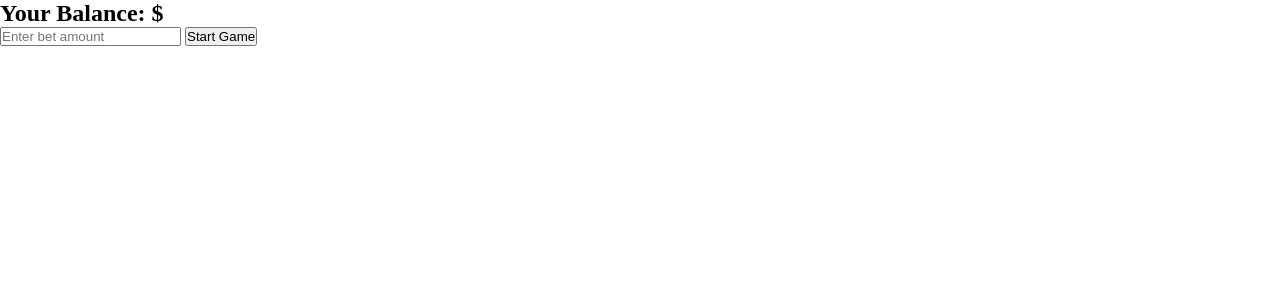
Repository: raghhavv03/javascript-practice
Page: task-5/bet.html
The author's editor kept a copy of each file at every save. The page is drawn from the files as they stood at one save, then again after the next save.
The browser window is 1280 px wide. The pictures show the whole page.

Above is the page before, as saved 2026-02-09 00:41:11.

### task-5/bet.html
<!DOCTYPE html>
<html>
    <head>
        <title>BlackJack</title>
        <link rel="stylesheet" href="./css/style.css">
        <script src="./js/bet.js" defer></script>
    </head>
    <body>
        <h2>Your Balance: $<span id="balance"></span></h2>

        <input type="number" id="bet-input" placeholder="Enter bet amount">
        <button id="start-game-btn">Start Game</button>

        <p id="bet-error-msg"></p>
    </body>
</html>

### task-5/css/style.css
* {
    margin: 0;
    padding: 0;
    box-sizing: border-box;
}

### task-5/js/bet.js
const balance = localStorage.getItem("balance")
document.getElementById("balance").textContent = balance

const startGameBtn = document.getElementById("start-game-btn")
const ErrorMsg = document.getElementById("bet-error-msg")

startGameBtn.addEventListener("click", function() {
    const bet = document.getElementById("bet-input").value

    if (bet <= 0 || bet > balance) {
        ErrorMsg.textContent = "Please enter a valid bet amount"
        return
    }

    localStorage.setItem("bet", bet)
    window.location.href = "game.html"
})

After the next save:
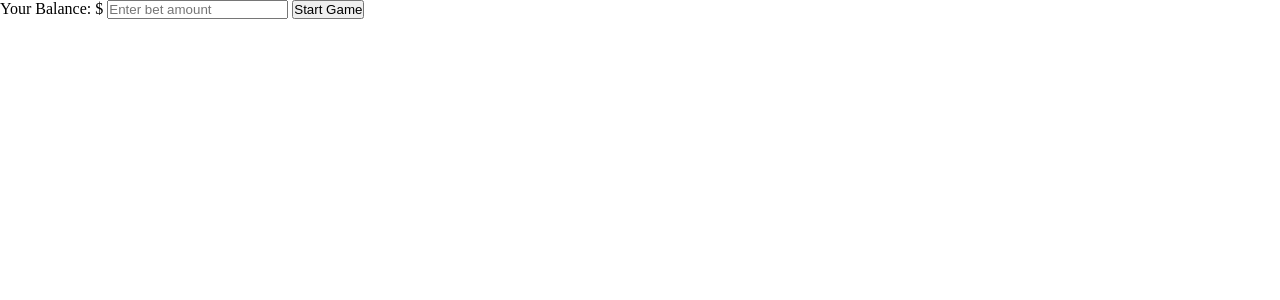
Saved 17 s later.
--- a/task-5/bet.html
+++ b/task-5/bet.html
@@ -6,7 +6,7 @@
         <script src="./js/bet.js" defer></script>
     </head>
     <body>
-        <h2>Your Balance: $<span id="balance"></span></h2>
+        <p>Your Balance: $<span id="balance"></span></h2>
 
         <input type="number" id="bet-input" placeholder="Enter bet amount">
         <button id="start-game-btn">Start Game</button>
